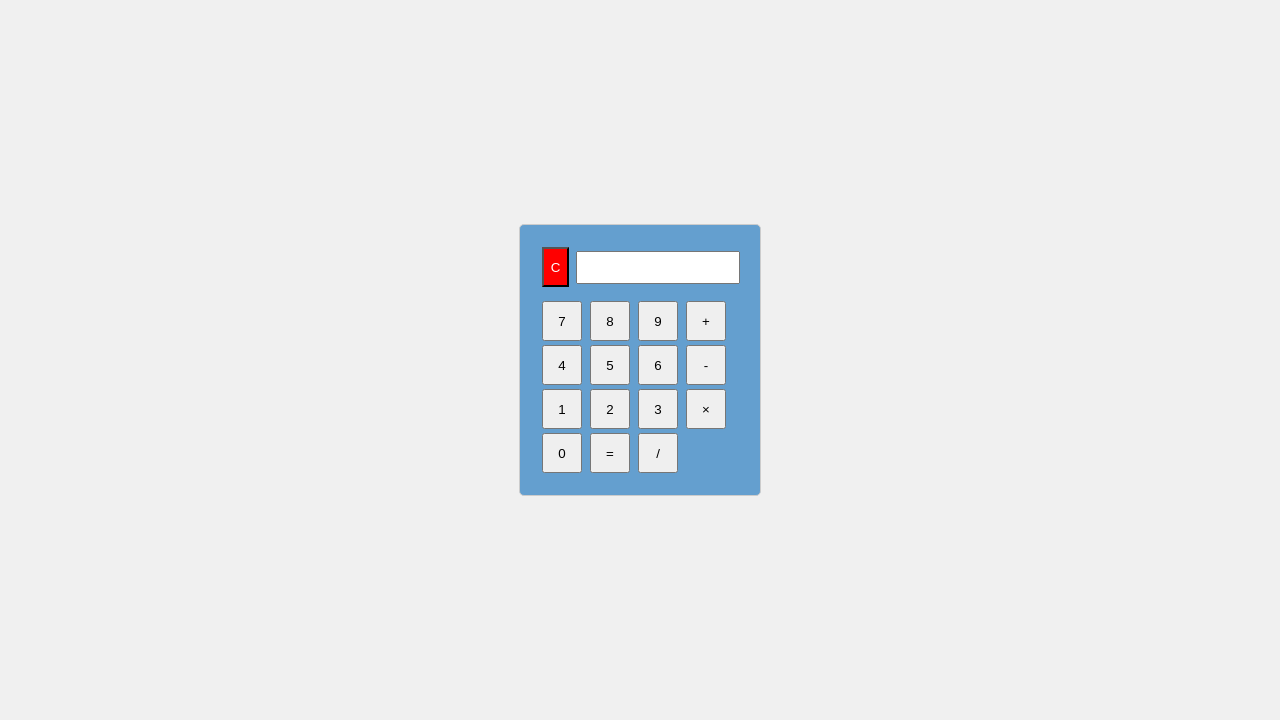
Repository: Burnmyheart/calculator
Page: index.html
An editor plug-in stored every save of this project. The page is shown before and after the next save, followed by the edit.
The browser window is 1280 px wide. The pictures show the whole page.

Above is the page before, as saved 2025-04-28 22:36:40.

### index.html
<!DOCTYPE html>
<html lang="en">
  <head>
    <meta charset="UTF-8" />
    <meta name="viewport" content="width=device-width, initial-scale=1.0" />
    <title>Калькулятор</title>
    <link rel="stylesheet" href="style.css" />
  </head>
  <body>
    <div class="calculator">
      <!-- Поле вывода и кнопка сброса -->
      <div class="display-container">
        <button class="clear" onclick="clearDisplay()">C</button>
        <input type="text" id="display" readonly />
      </div>

      <!-- Кнопки калькулятора -->
      <div>
        <button onclick="addNumber('7')">7</button>
        <button onclick="addNumber('8')">8</button>
        <button onclick="addNumber('9')">9</button>
        <button onclick="addOperation('+')">+</button>
      </div>
      <div>
        <button onclick="addNumber('4')">4</button>
        <button onclick="addNumber('5')">5</button>
        <button onclick="addNumber('6')">6</button>
        <button onclick="addOperation('-')">-</button>
      </div>
      <div>
        <button onclick="addNumber('1')">1</button>
        <button onclick="addNumber('2')">2</button>
        <button onclick="addNumber('3')">3</button>
        <button onclick="addOperation('*')">×</button>
      </div>
      <div>
        <button onclick="addNumber('0')">0</button>
        <button onclick="calculate()">=</button>
        <button onclick="addOperation('/')">/</button>
      </div>
    </div>

    <script src="calculator.js"></script>
  </body>
</html>

### style.css
/* Базовые стили для читаемости */
body {
  display: flex;
  justify-content: center;
  align-items: center;
  min-height: 100vh;
  margin: 0;
  background-color: #f0f0f0;
}

.calculator {
  background-color: #649fcf;
  padding: 20px;
  border: 1px solid #ccc;
  border-radius: 5px;
  width: 200px;
}

.display-container {
  margin-bottom: 10px;
  display: flex;
  align-items: center;
}

#display {
  width: 150px;
  height: 25px;
  margin-left: 5px;
  padding: 2px 5px;
  text-align: right;
}

button {
  width: 40px;
  height: 40px;
  margin: 2px;
}

.clear {
  background-color: red;
  color: white;
}

### calculator.js
// Получаем элемент дисплея
const display = document.getElementById("display");

// Переменные для хранения данных
let firstNumber = "";
let operator = "";
let newNumber = false;

// Добавление цифры
function addNumber(num) {
  if (newNumber) {
    display.value = num;
    newNumber = false;
  } else {
    display.value += num;
  }
}

// Добавление операции
function addOperation(op) {
  // Проверяем, что есть число для операции
  if (display.value === "") {
    display.value = "Ошибка: введите число";
    return;
  }
  // Если уже есть операция, выполняем её
  if (firstNumber && operator) {
    calculate();
  }
  firstNumber = display.value;
  operator = op;
  newNumber = true;
}

// Вычисление результата
function calculate() {
  // Проверяем наличие всех необходимых данных
  if (!firstNumber || !operator || !display.value) {
    display.value = "Ошибка: неполное выражение";
    return;
  }

  let result;
  let a = parseFloat(firstNumber);
  let b = parseFloat(display.value);

  switch (operator) {
    case "+":
      result = a + b;
      break;
    case "-":
      result = a - b;
      break;
    case "*":
      result = a * b;
      break;
    case "/":
      if (b === 0) {
        display.value = "Ошибка: деление на ноль";
        firstNumber = "";
        operator = "";
        newNumber = true;
        return;
      }
      result = a / b;
      break;
  }

  display.value = result;
  firstNumber = "";
  operator = "";
  newNumber = true;
}

// Очистка дисплея
function clearDisplay() {
  display.value = "";
  firstNumber = "";
  operator = "";
  newNumber = false;
}

After the next save:
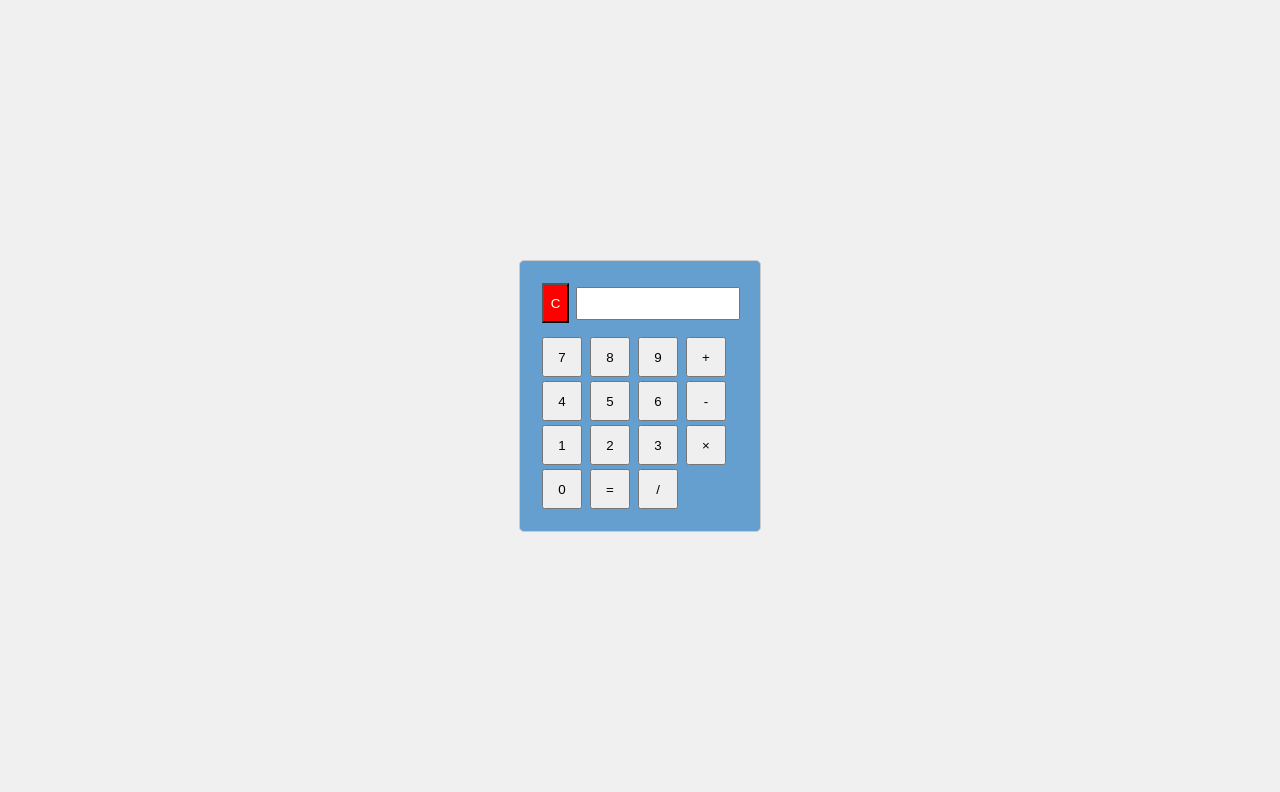
Saved 38 s later.
--- a/style.css
+++ b/style.css
@@ -3,7 +3,7 @@
   display: flex;
   justify-content: center;
   align-items: center;
-  min-height: 100vh;
+  min-height: 110vh;
   margin: 0;
   background-color: #f0f0f0;
 }

After the save that followed:
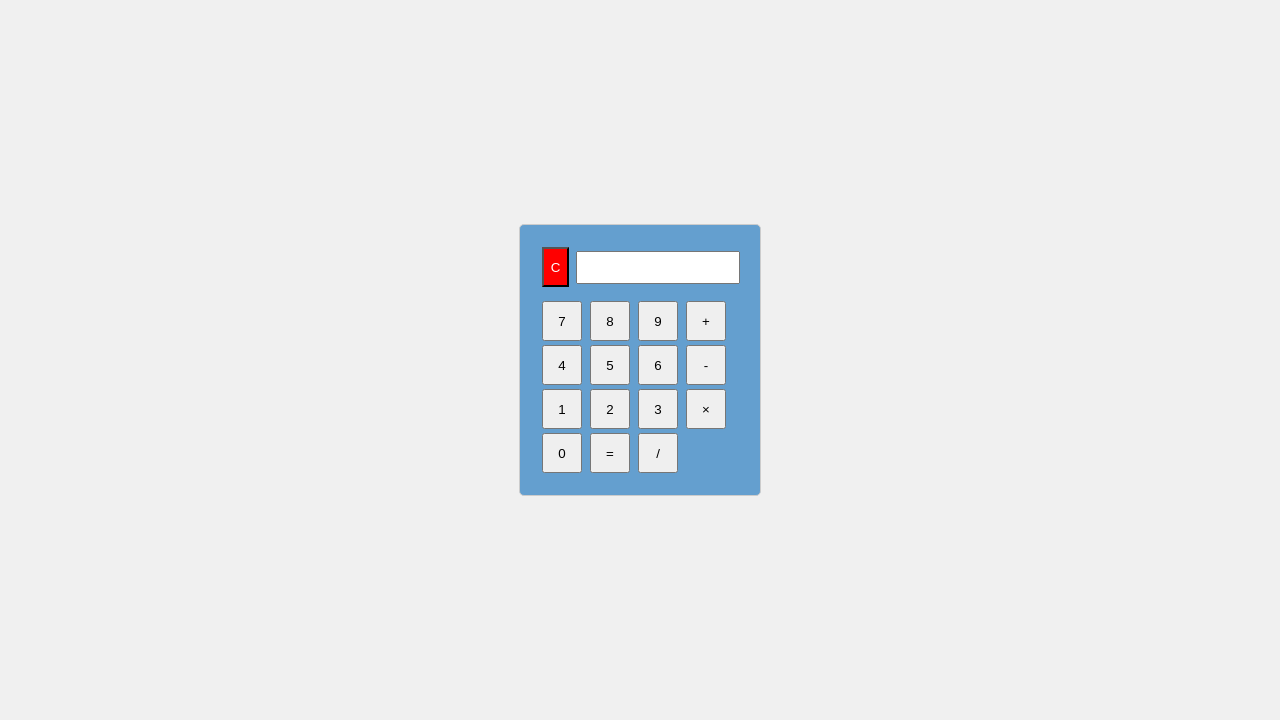
Saved 5 s later.
--- a/style.css
+++ b/style.css
@@ -3,7 +3,7 @@
   display: flex;
   justify-content: center;
   align-items: center;
-  min-height: 110vh;
+  min-height: 100vh;
   margin: 0;
   background-color: #f0f0f0;
 }
